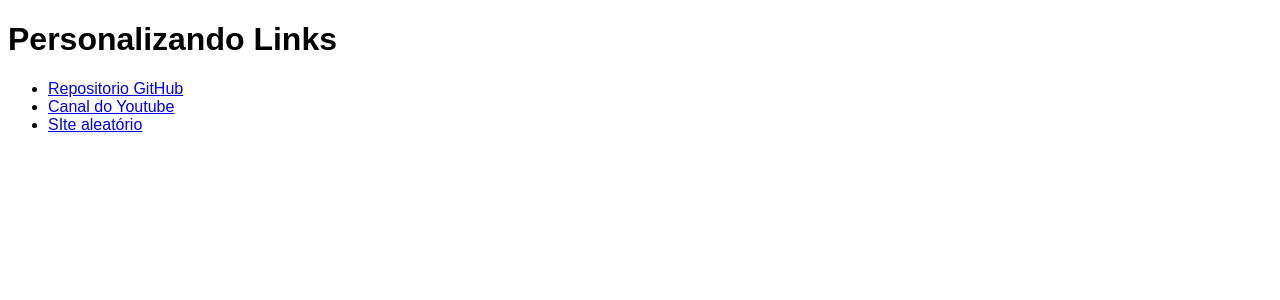
Repository: GabrielTrevisanMargrander/Html-Css
Page: Exercicios/ex020/link.html
These files come from the project's save history. The page is drawn as it stood at one moment and after a run of saves; the edit follows.
The browser window is 1280 px wide. The pictures show the whole page.

Above is the page before, as saved 2023-06-22 20:29:24.

After the next 2 saves:
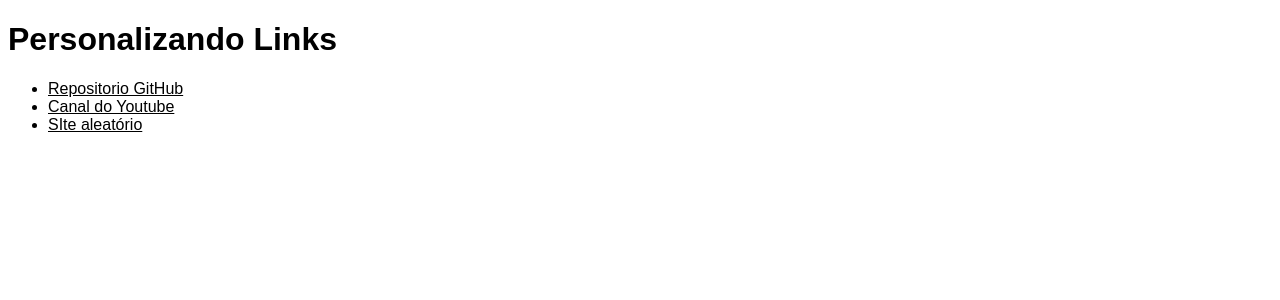
The 2 saves are shown as one change because they came seconds apart.
The last was saved 6 s later.
--- a/Exercicios/ex020/link.html
+++ b/Exercicios/ex020/link.html
@@ -10,7 +10,9 @@
     font-family: Arial, Helvetica, sans-serif;
 }
 
-a
+a{
+    color: black;
+}
 
 </style>
 <body>
